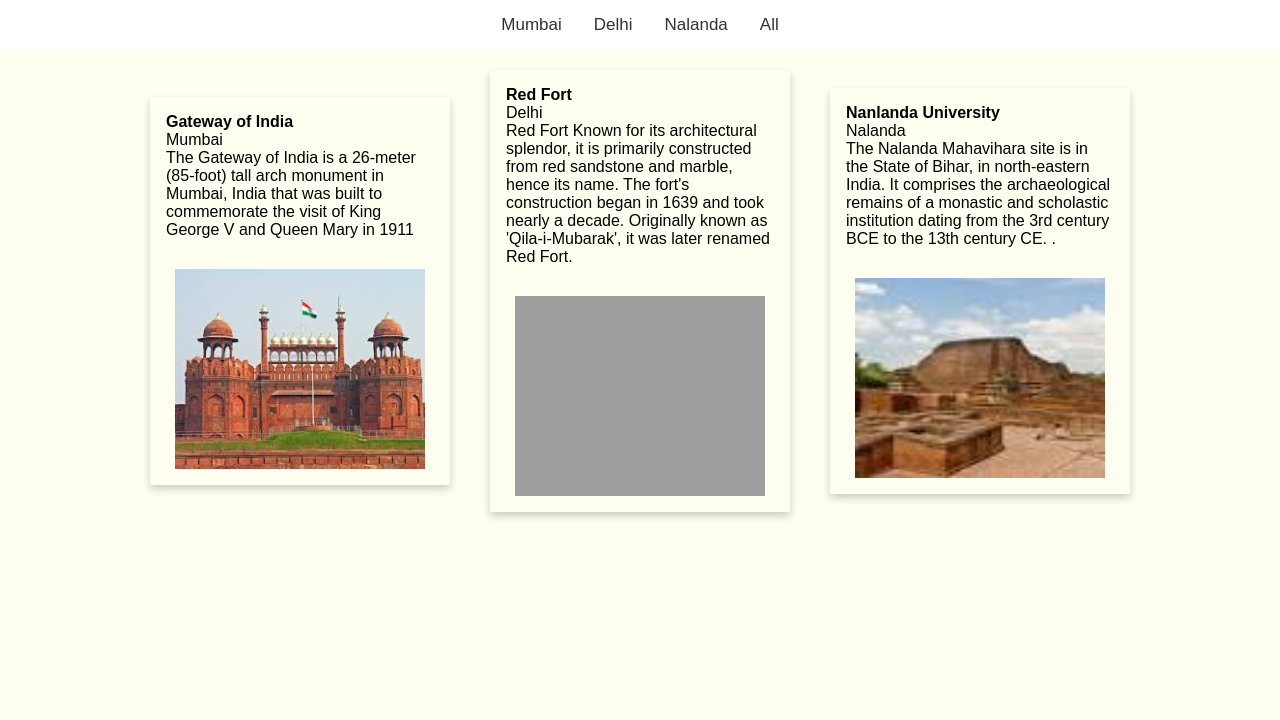
Repository: Muskan1Kumari4draw/React-app-with-concept
Page: /
An editor plug-in stored every save of this project. The page is shown before and after the next save, followed by the edit.
The browser window is 1280 px wide. The pictures show the whole page.
Pictures or frames that could not be fetched are drawn as grey boxes. The project was rebuilt for these pictures with package versions that can differ from the ones it lists, and the page was loaded fresh each time.

Above is the page before, as saved 2024-10-02 11:13:53.

After the next save:
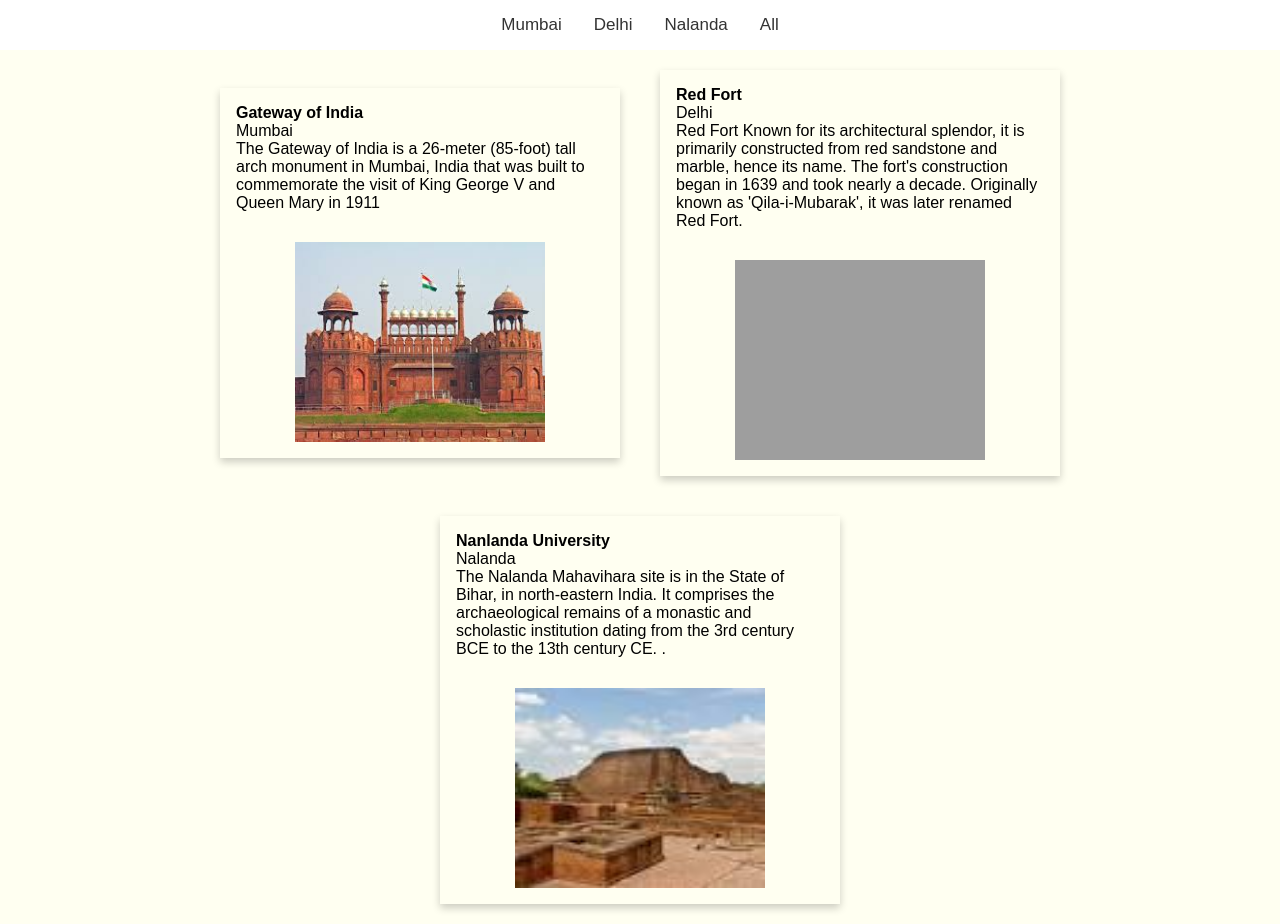
Saved 22 s later.
--- a/src/component/Basic/style.css
+++ b/src/component/Basic/style.css
@@ -173,7 +173,7 @@
 .card {
   box-shadow: 0 4px 8px 0 rgba(0, 0, 0, 0.2);
   transition: 0.3s;
-  width: 300px;
+  width: 400px;
   height: auto;
   margin: 20px;
 }

After the save that followed:
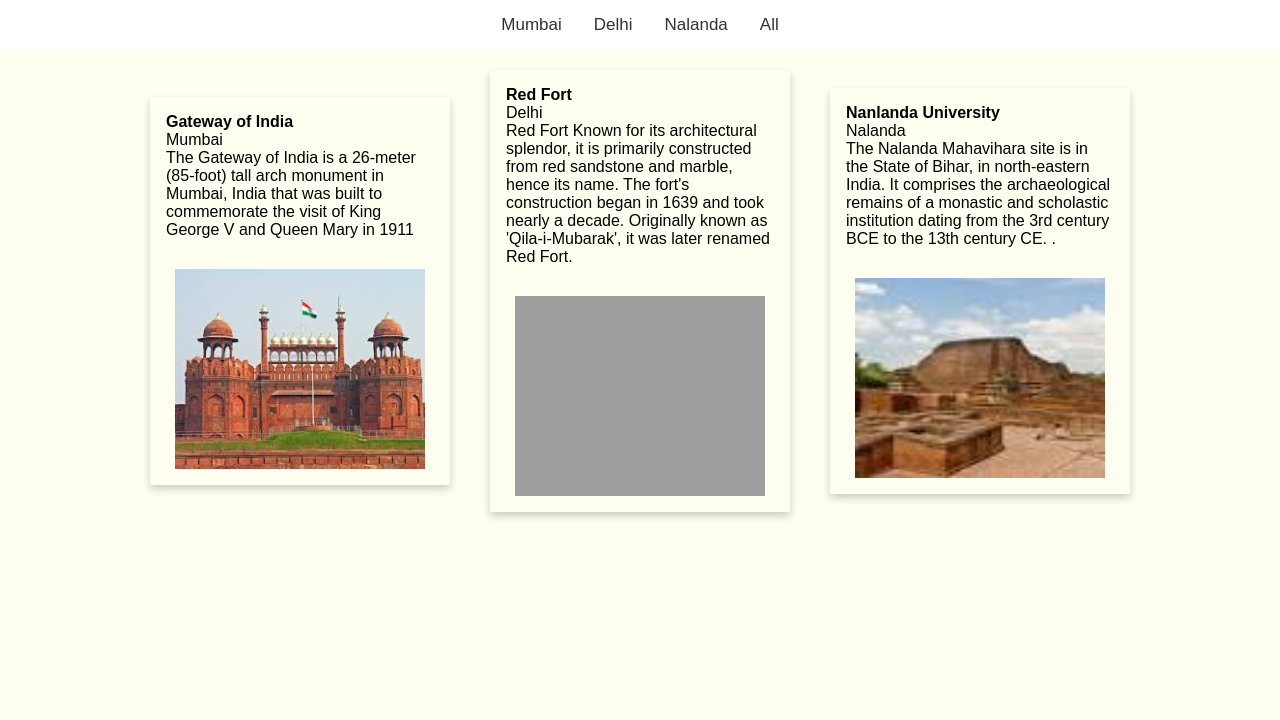
Saved 4 s later.
--- a/src/component/Basic/style.css
+++ b/src/component/Basic/style.css
@@ -173,7 +173,7 @@
 .card {
   box-shadow: 0 4px 8px 0 rgba(0, 0, 0, 0.2);
   transition: 0.3s;
-  width: 400px;
+  width: 300px;
   height: auto;
   margin: 20px;
 }
